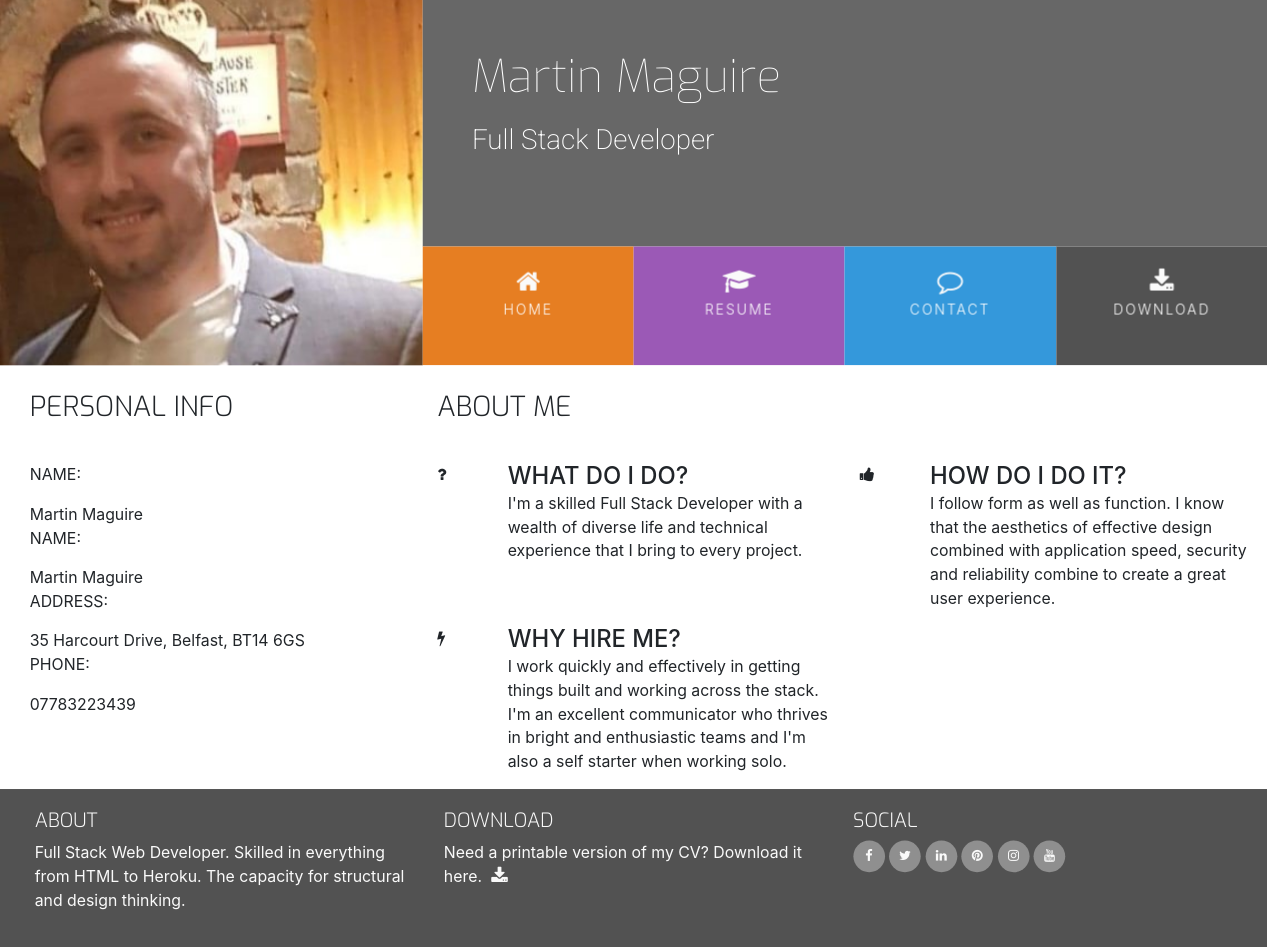
Repository: martinmaguire89/UCD-resume
Page: index.html
The author's editor kept a record of every edit. The page is drawn from the files as they stood at one moment, then again after the next edit.
The browser window is 1280 px wide. The pictures show the whole page, at 99% of full size.

Above is the page before.

After the next edit:
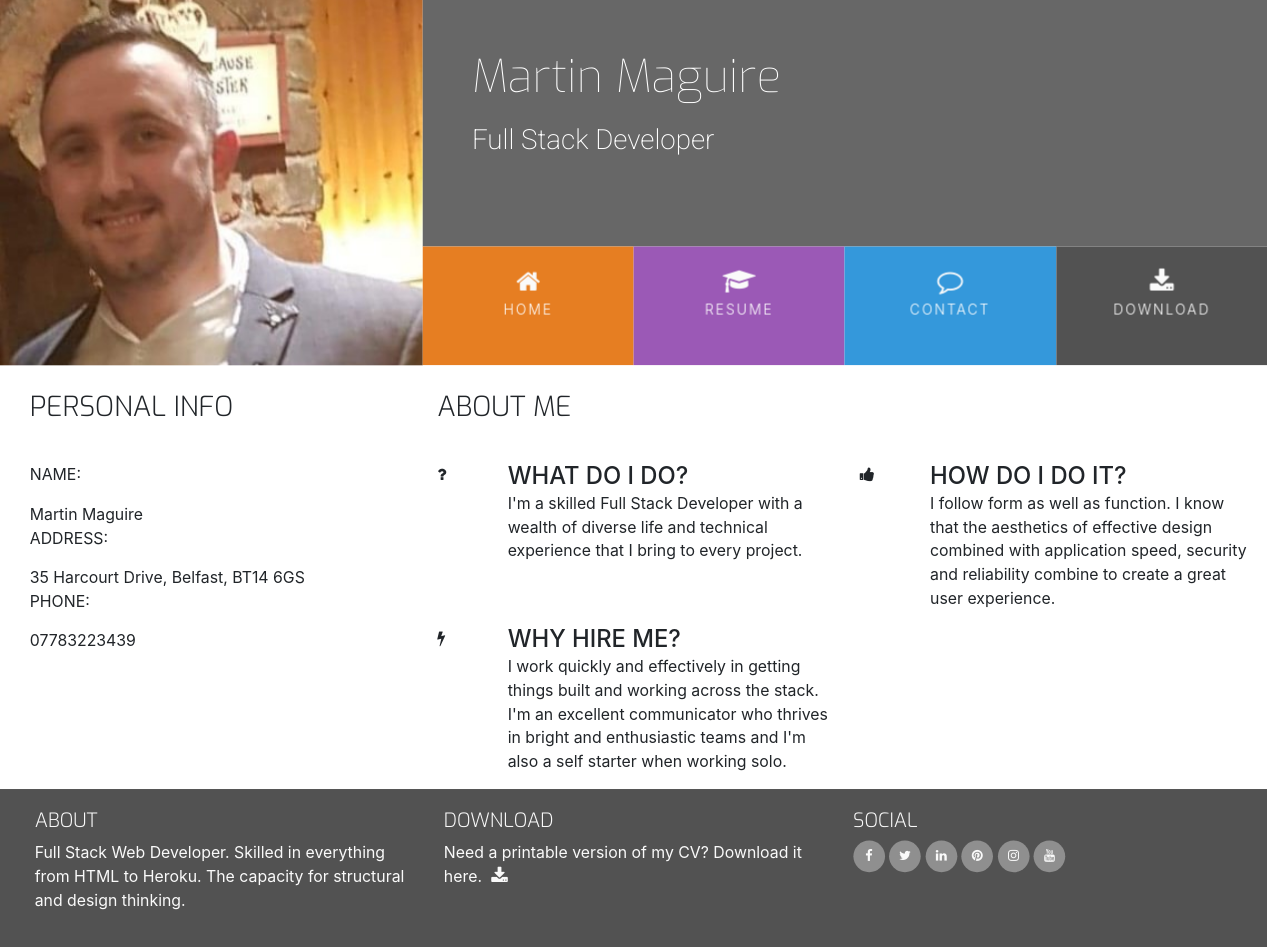
The edit:
--- a/index.html
+++ b/index.html
@@ -69,16 +69,7 @@
                         Martin Maguire
                     </div>
                 </div>
-                <div class="personal-info-item">
-                    <div class="key">
-                        <p class="uppercase">
-                            Name:
-                        </p>
-                    </div>
-                    <div class="value">
-                        Martin Maguire
-                    </div>
-                </div>
+
                 <div class="personal-info-item">
                     <div class="key">
                         <p class="uppercase">
